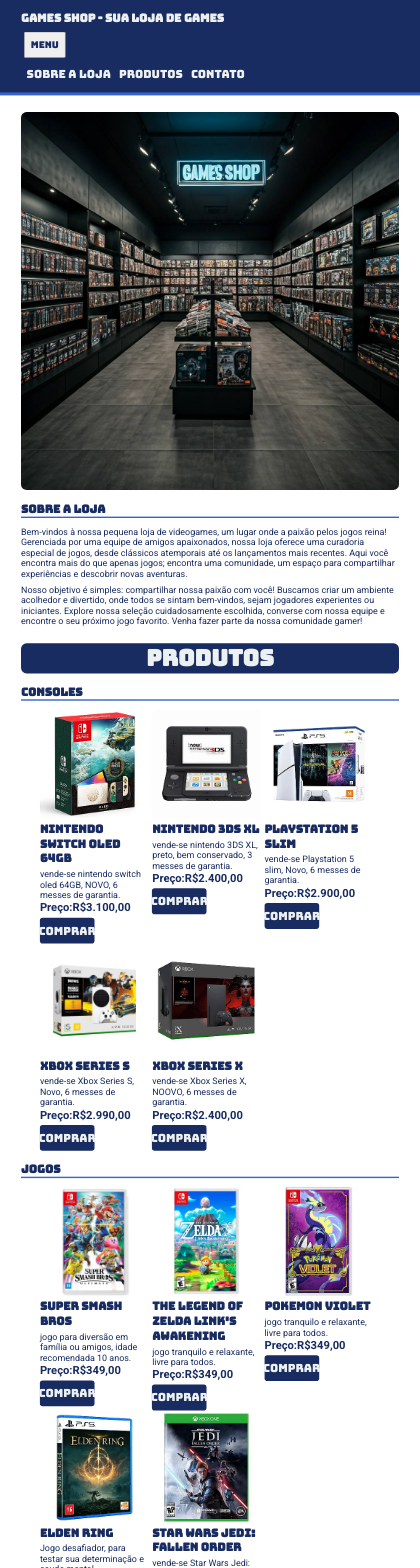
Repository: MatiasBrighent/GamesShop-CSS-responsivel
Page: index.html
These files come from the project's save history. The page is drawn as it stood at one moment and after the next save; the edit follows.
The browser window is 600 px wide. The pictures show the part of the page from y = 0 to 2240 px (the page is 2893 px tall before and 2935 px after), at 70% of full size.
Empty fields were first filled with sample values (such as "Sample", 5 or name@example.com).
After loading, the first visible `div.btn-menu` was clicked once.

Above is the page before, as saved 2025-04-05 22:47:35.

After the next save:
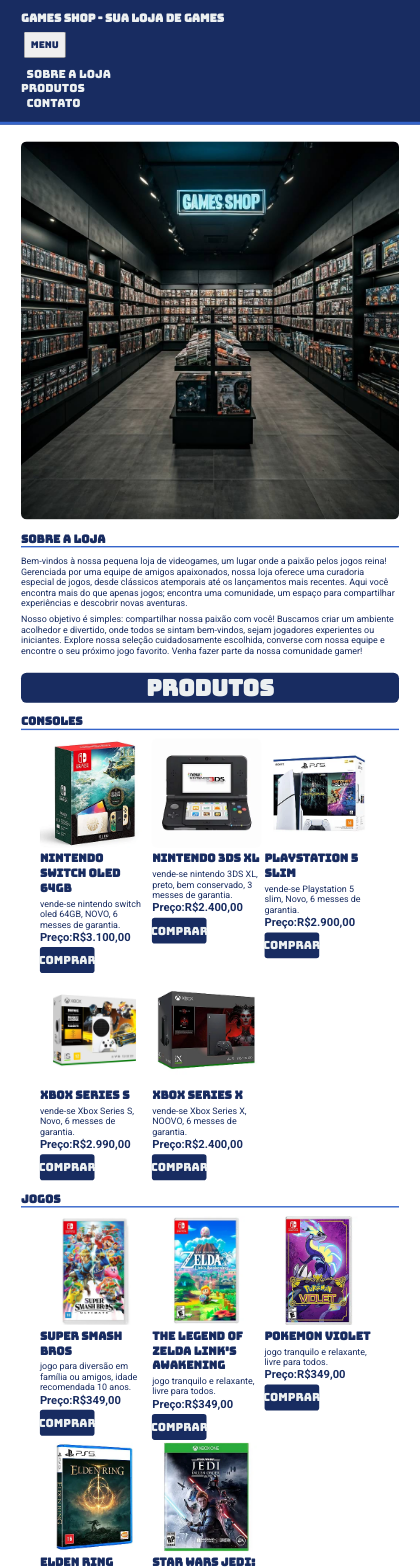
Saved 44 s later.
--- a/style.css
+++ b/style.css
@@ -234,7 +234,7 @@
     }
 
     .menu li{
-        display: inline-block;
+        display: block;
         margin: 0;
     }
 
@@ -243,9 +243,6 @@
         flex-direction: column;
     }
 
-    .submenu li a{
-
-    }
 
 
 }
